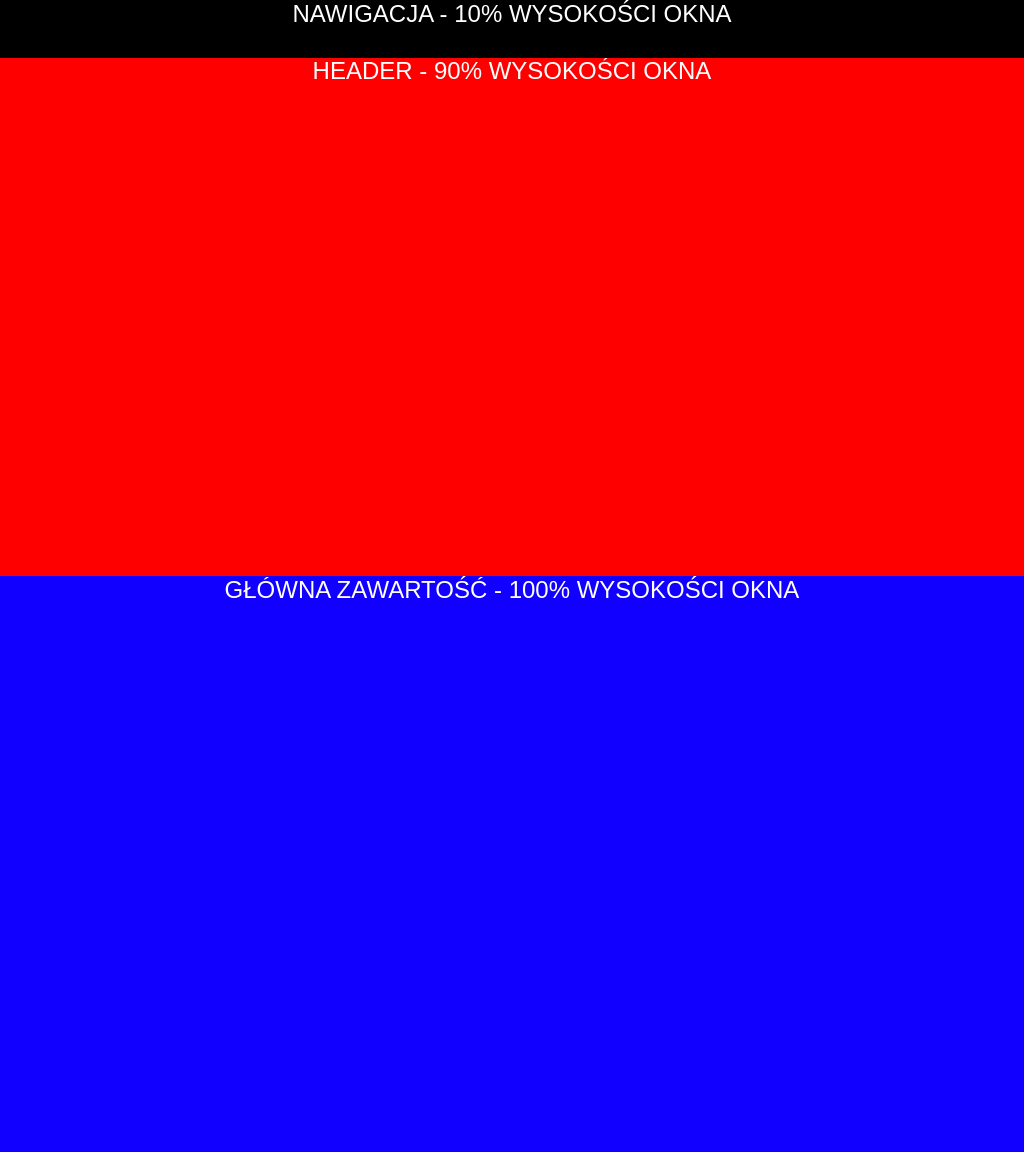
Repository: jasonj2333/advance_CSS
Page: 01-Header, Nav/start.html
These files come from the project's save history. The page is drawn as it stood at one moment and after the next save; the edit follows.
The browser window is 1280 px wide. The pictures show the whole page, at 80% of full size.

Above is the page before, as saved 2019-04-23 18:50:41.

### 01-Header, Nav/start.html
<!DOCTYPE html>
<html lang="pl">

<head>
    <meta charset="UTF-8">
    <title>Najeżdzanie na header, nav przypięty</title>
    <style>
        * {
            margin: 0;
            padding: 0;
            box-sizing: border-box;
        }

        html {
            text-align: center;
            color: white;
            font-size: 30px;
            text-transform: uppercase;
            font-family: arial;

        }

        nav {
            background-color: #000;
            height: 10vh;
            width: 100%;
            position: fixed;
        }

        header {
            background-color: rgb(255, 0, 0);
            height: 100vh;
            width: 100%;
            padding-top: 10vh;
            vertical-align: 50vh;
        }


        main {
            height: 100vh;
            background-color: rgb(17, 0, 255);
        }
    </style>
</head>

<body>
    <nav>
        Nawigacja - 10% wysokości okna
    </nav>
    <header>
        Header - 90% wysokości okna
    </header>
    <main>
        Główna zawartość - 100% wysokości okna
    </main>
</body>

</html>

After the next save:
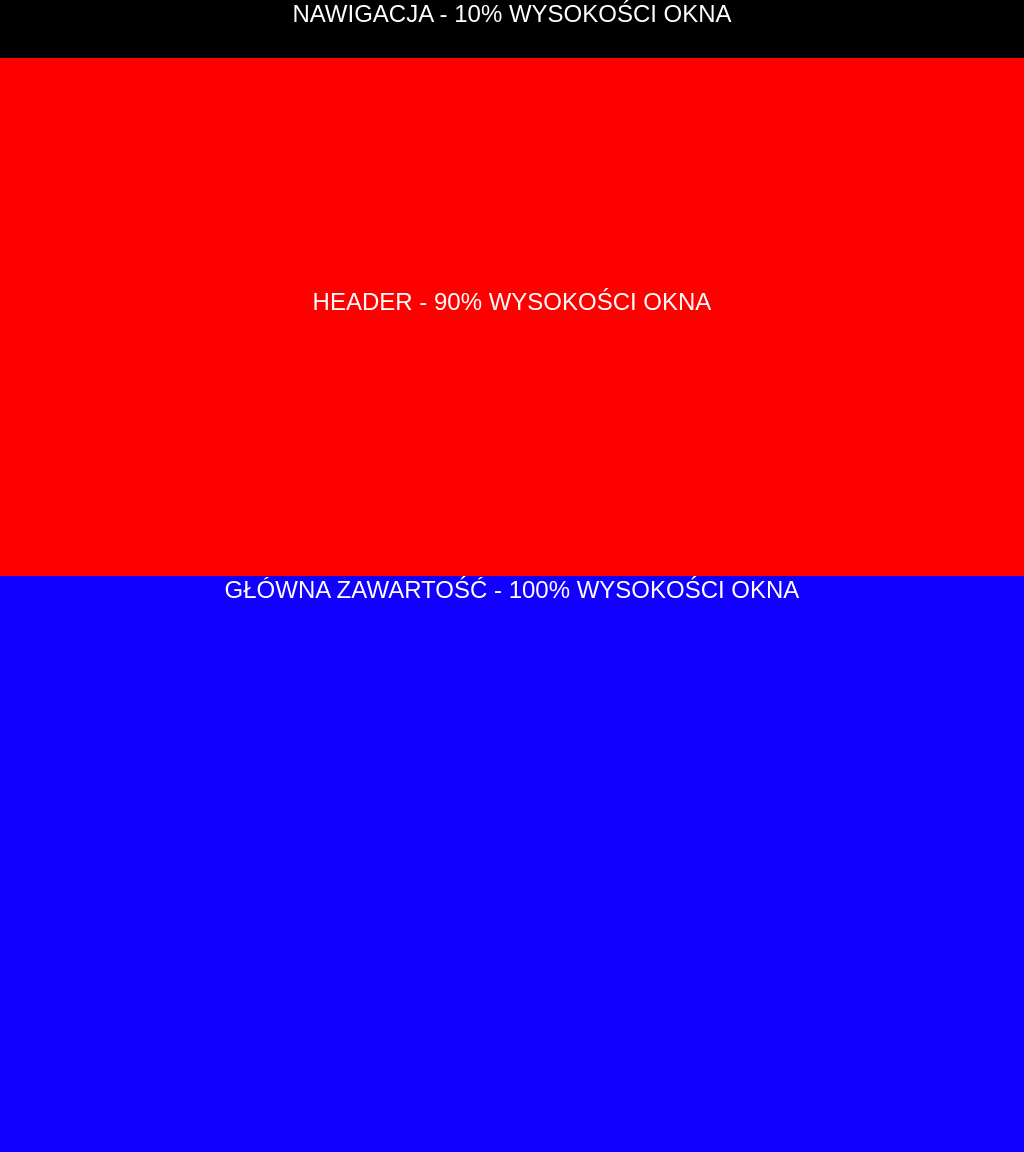
Saved 23 s later.
--- a/01-Header, Nav/start.html
+++ b/01-Header, Nav/start.html
@@ -31,8 +31,7 @@
             background-color: rgb(255, 0, 0);
             height: 100vh;
             width: 100%;
-            padding-top: 10vh;
-            vertical-align: 50vh;
+            padding-top: 50vh;
         }
 
 
